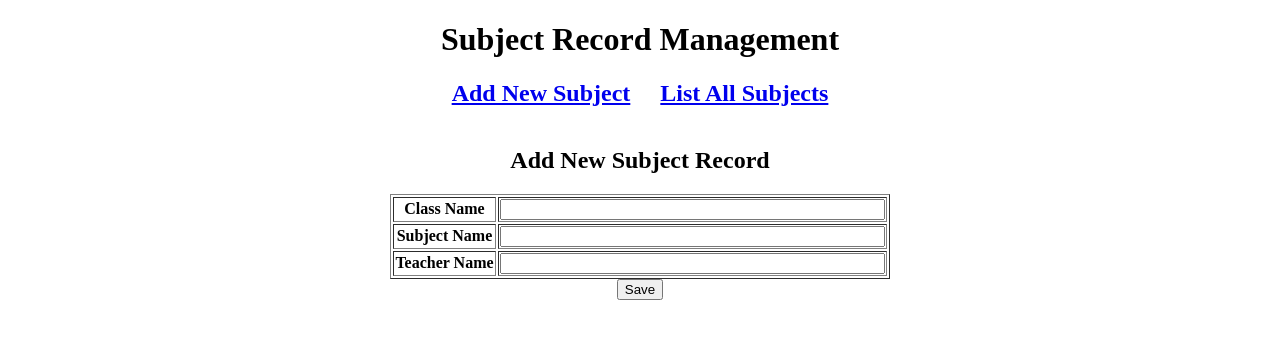
Repository: ashkumar661/Phase-2-Project
Page: http://localhost/crud-example/subject-form.jsp
An editor plug-in stored every save of this project. The page is shown before and after the next save, followed by the edit.
The browser window is 1280 px wide. The pictures show the whole page.
The page is served by Tomcat 9.

Above is the page before, as saved 2022-05-15 22:12:53.

After the next save:
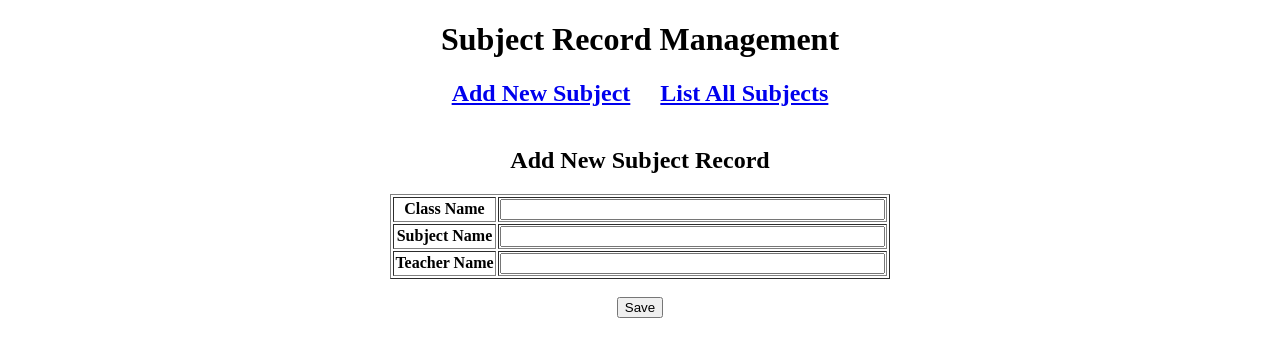
Saved 12 s later.
--- a/crud-example/src/main/webapp/subject-form.jsp
+++ b/crud-example/src/main/webapp/subject-form.jsp
@@ -53,7 +53,7 @@
 					value="<c:out value='${userSubject.name}' />" /></td>
 			</tr>
 		</table>
-		<input type="submit" value="Save" />
+		<br> <input type="submit" value="Save" />
 		</form>
 	</center>
 </body>
